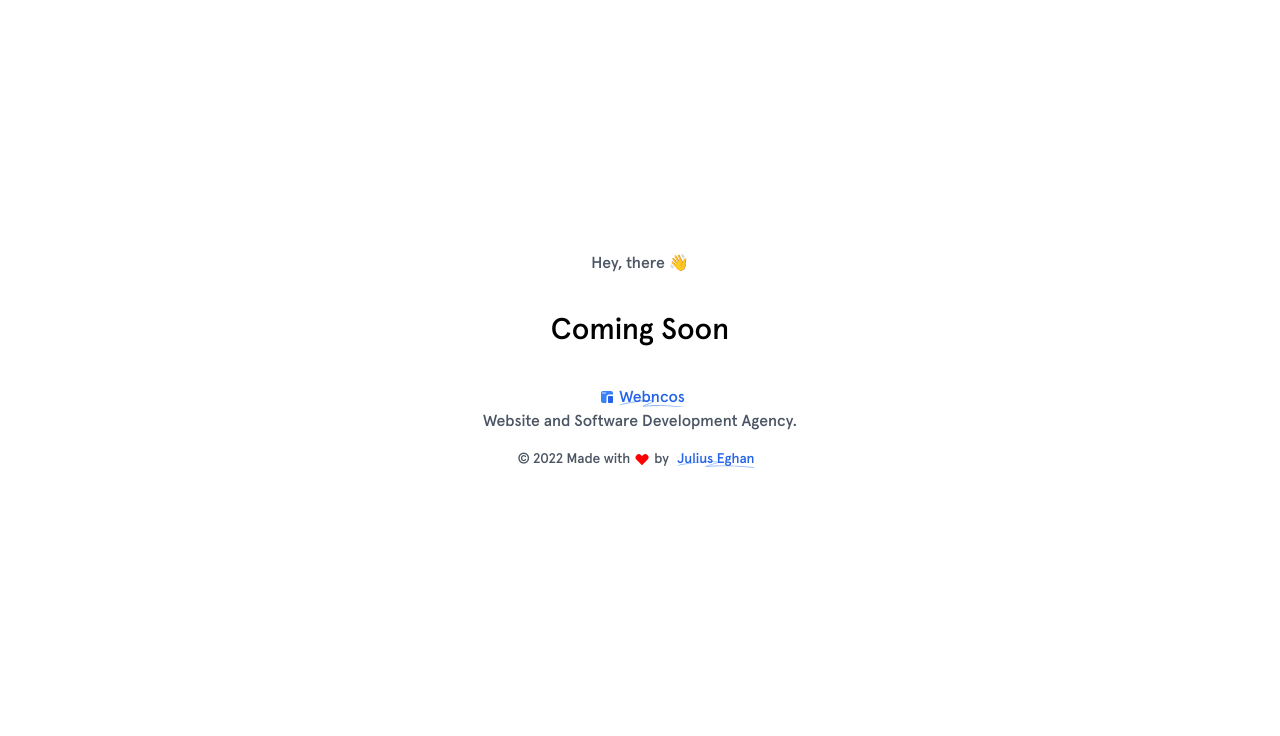
Repository: 1realjulius/webncos
Page: /
The author's editor kept a copy of each file at every save. The page is drawn from the files as they stood at one save, then again after the next save.
The browser window is 1280 px wide. The pictures show the whole page.
The project was rebuilt for these pictures with package versions that can differ from the ones it lists, and the page was loaded fresh each time. The framework's server and built-in components were replaced by stand-ins that run in the browser. Also part of the build but not shown: next.config.js.

Above is the page before, as saved 2022-08-21 22:52:16.

### pages/index.tsx
import type { NextPage } from 'next'
import Head from 'next/head'
import Image from 'next/image'
import ComingSoon from '../components/ComingSoon'

const Home: NextPage = () => {
  return (
    <div className="flex min-h-screen flex-col items-center justify-center py-2 font-ApercuMedium">
      <Head>
      <title>Webncos</title>
        <meta name="description" content="Website and Software Development Agency." />
        <meta property="og:type" content="website"/>
        <meta property="og:url" content="https://www.webncos.com/"/>
        <meta property="og:title" content="Webncos — Website and Software Development Agency."/>
        <meta property="og:description" content="Website and Software Development Agency."/>
        {/* <meta property="og:image" content="/Assets/newmemoji.svg"/> */}
        {/* <meta property="twitter:card" content="/Assets/Julius_Eghan.jpg"/> */}
        <meta property="twitter:url" content="https://www.webncos.com/"/>
        <meta property="twitter:title" content="Webncos — Website and Software Development Agency."/>
        <meta property="twitter:description" content="Website and Software Development Agency."/>
        {/* <meta property="twitter:image" content="/Assets/Julius_Eghan.jpg"/> */}
        <link rel="icon" href="/favicon.ico" />
        {/* <meta name="google-site-verification" content="0HesePHVymRqGiL70HUKPIq0Zsap0uUIb_Ci0DpImRY" /> */}
        <meta name="theme-color" content="#f7f2f2"   media="(prefers-color-scheme: light)"/>
        <meta name="theme-color" content="#090c10"   media="(prefers-color-scheme: dark)"/>
      </Head>
      <ComingSoon/>

    </div>
  )
}

export default Home

### styles/globals.css
@tailwind base;
@tailwind components;
@tailwind utilities;

@layer base{
      @font-face{
        font-family: 'ApercuBold';
        src: url("/Fonts/ApercuPro-Bold.woff") format("woff"),url("/Fonts/ApercuPro-Bold.woff2") format("woff2");
      }
      @font-face{
        font-family: 'ApercuMedium';
        src: url("/Fonts/ApercuPro-Medium.woff") format("woff"),url("/Fonts/ApercuPro-Medium.woff2") format("woff2");
      }
    }

### components/ComingSoon.tsx
import Image from "next/image";
import Link from "next/link";
import React from "react";

const ComingSoon = () => {
  return (
    <div className="min-h-screen flex flex-col items-center justify-center md:p-8 p-6">
      <div className="flex flex-col items-center justify-center my-6">
        <h1 className="text-gray-600">Hey, there 👋</h1>
      </div>
      <div className="flex flex-col items-center justify-center my-4">
        <h1 className="text-3xl leading-none">Coming Soon</h1>
      </div>
      <div className="flex flex-col items-center justify-center my-6">
        <div>
          <h1 className="text-base leading-none flex flex-row items-center">
            <span>
              <svg className="h-6 w-6 " viewBox="0 0 24 24" fill="none">
              <path
                  fillRule="evenodd"
                  clipRule="evenodd"
                  d="M8 6C6.89543 6 6 6.89543 6 8V16C6 17.1046 6.89543 18 8 18H10.5C11.0523 18 11.5 17.5523 11.5 17V12C11.5 10.6193 12.6193 9.5 14 9.5H18V8C18 6.89543 17.1046 6 16 6H8ZM7.25 8C7.25 7.58579 7.58579 7.25 8 7.25H8.01C8.42421 7.25 8.76 7.58579 8.76 8C8.76 8.41421 8.42421 8.75 8.01 8.75H8C7.58579 8.75 7.25 8.41421 7.25 8ZM10 7.25C9.58579 7.25 9.25 7.58579 9.25 8C9.25 8.41421 9.58579 8.75 10 8.75H10.01C10.4242 8.75 10.76 8.41421 10.76 8C10.76 7.58579 10.4242 7.25 10.01 7.25H10Z"
                  fill="#E879F9"
                  className="fill-blue-500 "
                ></path>
                <path
                  d="M13 12C13 11.4477 13.4477 11 14 11H17C17.5523 11 18 11.4477 18 12V17C18 17.5523 17.5523 18 17 18H14C13.4477 18 13 17.5523 13 17V12Z"
                  fill="#F0ABFC"
                  className="fill-blue-600 "
                ></path>
              </svg>
            </span>
            <span className="relative whitespace-nowrap text-blue-600 cursor-pointer">
              <svg
                aria-hidden="true"
                viewBox="0 0 418 42"
                className="absolute top-2/3 left-0 h-[0.48em] w-full fill-blue-500/60"
                preserveAspectRatio="none"
              >
                <path d="M203.371.916c-26.013-2.078-76.686 1.963-124.73 9.946L67.3 12.749C35.421 18.062 18.2 21.766 6.004 25.934 1.244 27.561.828 27.778.874 28.61c.07 1.214.828 1.121 9.595-1.176 9.072-2.377 17.15-3.92 39.246-7.496C123.565 7.986 157.869 4.492 195.942 5.046c7.461.108 19.25 1.696 19.17 2.582-.107 1.183-7.874 4.31-25.75 10.366-21.992 7.45-35.43 12.534-36.701 13.884-2.173 2.308-.202 4.407 4.442 4.734 2.654.187 3.263.157 15.593-.78 35.401-2.686 57.944-3.488 88.365-3.143 46.327.526 75.721 2.23 130.788 7.584 19.787 1.924 20.814 1.98 24.557 1.332l.066-.011c1.201-.203 1.53-1.825.399-2.335-2.911-1.31-4.893-1.604-22.048-3.261-57.509-5.556-87.871-7.36-132.059-7.842-23.239-.254-33.617-.116-50.627.674-11.629.54-42.371 2.494-46.696 2.967-2.359.259 8.133-3.625 26.504-9.81 23.239-7.825 27.934-10.149 28.304-14.005.417-4.348-3.529-6-16.878-7.066Z"></path>
              </svg>
              <span className="relative leading-none">Webncos</span>
            </span>
          </h1>
        </div>
        <div>
          <p className="text-gray-600">
            Website and Software Development Agency.
          </p>
        </div>
        <div>
          <p className="flex flex-row text-sm my-4 text-gray-600">
            <span className="flex flex-row items-center">
              <span>© 2022 Made with </span>
              <span>
                <svg
                  xmlns="http://www.w3.org/2000/svg"
                  className="h-4 w-4 mx-1"
                  viewBox="0 0 20 20"
                  fill="red"
                >
                  <path
                    fill-rule="evenodd"
                    d="M3.172 5.172a4 4 0 015.656 0L10 6.343l1.172-1.171a4 4 0 115.656 5.656L10 17.657l-6.828-6.829a4 4 0 010-5.656z"
                    clip-rule="evenodd"
                  />
                </svg>
              </span>{" "}
              by
            </span>
            <Link href="https://www.iamjulius.com/">
              <span className="relative whitespace-nowrap text-blue-600 cursor-pointer mx-2">
                <svg
                  aria-hidden="true"
                  viewBox="0 0 418 42"
                  className="absolute top-2/3 left-0 h-[0.48em] w-full fill-blue-500/60"
                  preserveAspectRatio="none"
                >
                  <path d="M203.371.916c-26.013-2.078-76.686 1.963-124.73 9.946L67.3 12.749C35.421 18.062 18.2 21.766 6.004 25.934 1.244 27.561.828 27.778.874 28.61c.07 1.214.828 1.121 9.595-1.176 9.072-2.377 17.15-3.92 39.246-7.496C123.565 7.986 157.869 4.492 195.942 5.046c7.461.108 19.25 1.696 19.17 2.582-.107 1.183-7.874 4.31-25.75 10.366-21.992 7.45-35.43 12.534-36.701 13.884-2.173 2.308-.202 4.407 4.442 4.734 2.654.187 3.263.157 15.593-.78 35.401-2.686 57.944-3.488 88.365-3.143 46.327.526 75.721 2.23 130.788 7.584 19.787 1.924 20.814 1.98 24.557 1.332l.066-.011c1.201-.203 1.53-1.825.399-2.335-2.911-1.31-4.893-1.604-22.048-3.261-57.509-5.556-87.871-7.36-132.059-7.842-23.239-.254-33.617-.116-50.627.674-11.629.54-42.371 2.494-46.696 2.967-2.359.259 8.133-3.625 26.504-9.81 23.239-7.825 27.934-10.149 28.304-14.005.417-4.348-3.529-6-16.878-7.066Z"></path>
                </svg>
                <span className="relative">Julius Eghan</span>
              </span>
            </Link>
          </p>
        </div>
      </div>
    </div>
  );
};

export default ComingSoon;

### tailwind.config.js
/** @type {import('tailwindcss').Config} */
module.exports = {
  content: [
    './pages/**/*.{js,ts,jsx,tsx}',
    './components/**/*.{js,ts,jsx,tsx}',
  ],
  theme: {
    extend: {
      fontFamily: {
        ApercuBold: 'ApercuBold, sans',
        ApercuMedium: 'ApercuMedium, sans',
      },
    },
  },
  plugins: [],
}

Loaded but not shown: pages/_app.tsx (common file)

After the next save:
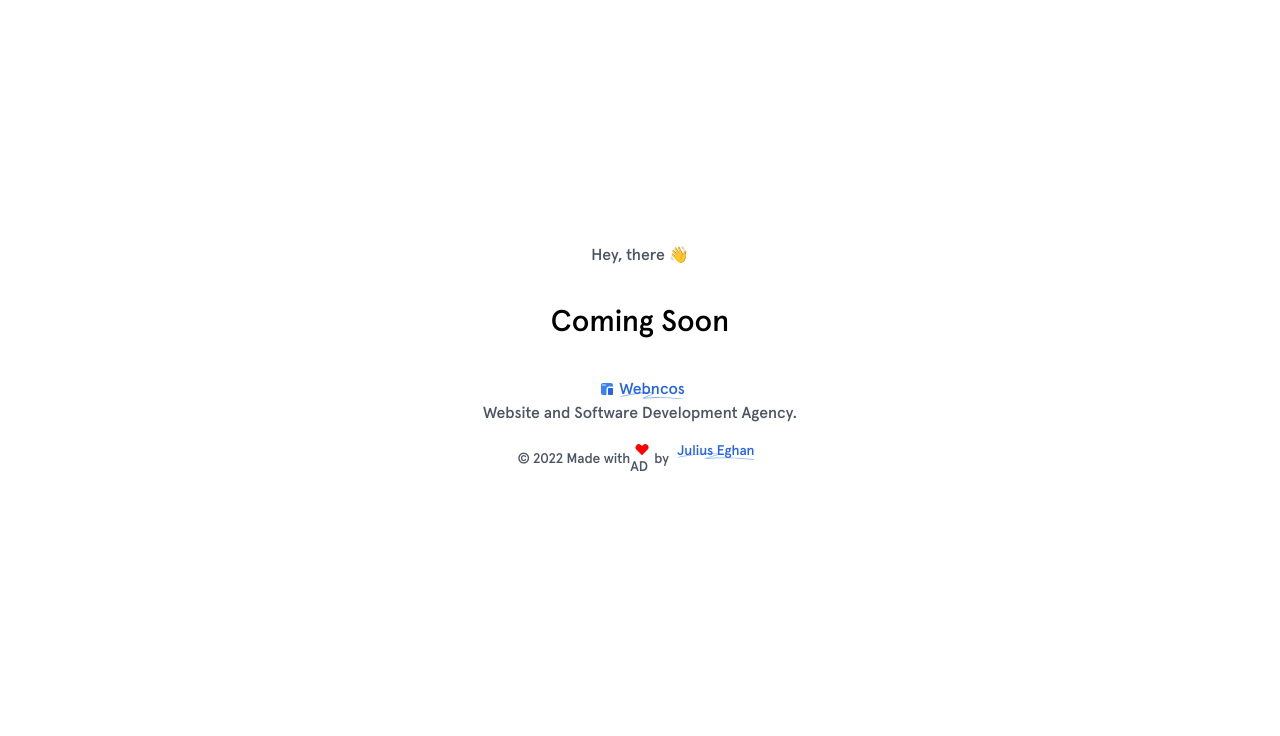
Saved 2 h 13 min later.
--- a/components/ComingSoon.tsx
+++ b/components/ComingSoon.tsx
@@ -64,7 +64,7 @@ const ComingSoon = () => {
                     d="M3.172 5.172a4 4 0 015.656 0L10 6.343l1.172-1.171a4 4 0 115.656 5.656L10 17.657l-6.828-6.829a4 4 0 010-5.656z"
                     clip-rule="evenodd"
                   />
-                </svg>
+                </svg>    AD
               </span>{" "}
               by
             </span>
